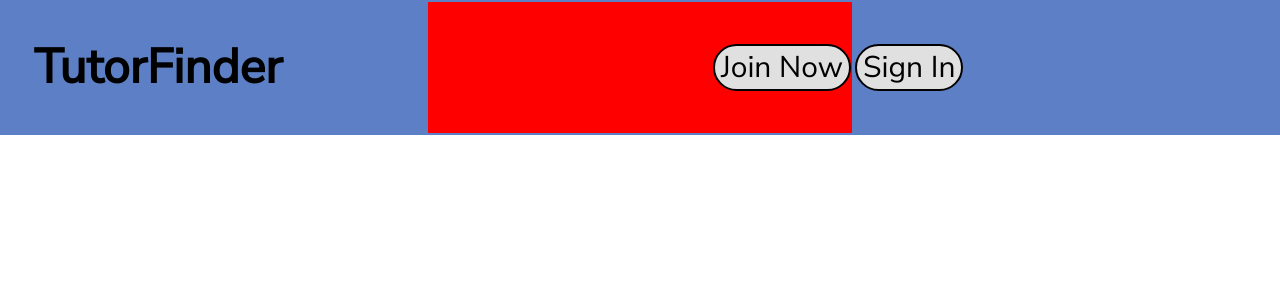
Repository: uprm-inso-4117-2020-2021-s2/semester-project-uprm-inso-4117-2020-2021-s2-team-7
Page: / (app in tutorfinder/)
The author's editor kept a copy of each file at every save. The page is drawn from the files as they stood at one save, then again after the next save.
The browser window is 1280 px wide. The pictures show the whole page.
The project was rebuilt for these pictures with package versions that can differ from the ones it lists, and the page was loaded fresh each time. Also part of the build but not shown: tutorfinder/src/App.css.

Above is the page before, as saved 2021-03-29 23:01:09.

After the next save:
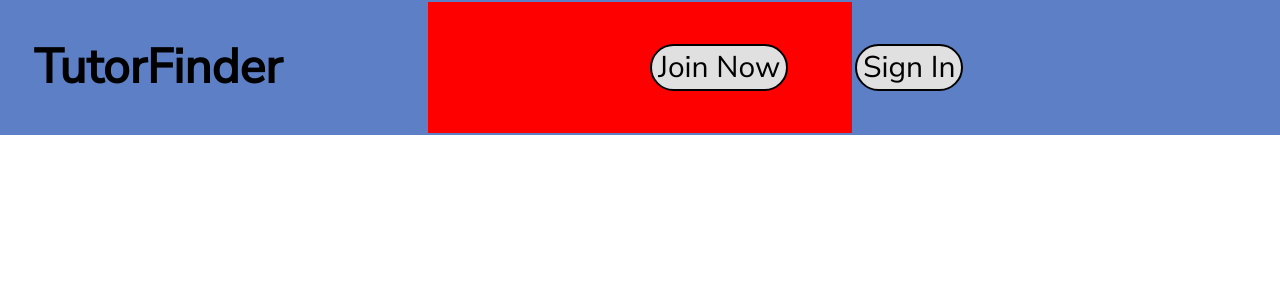
Saved 14 s later.
--- a/tutorfinder/src/Nav.css
+++ b/tutorfinder/src/Nav.css
@@ -45,4 +45,5 @@
     /* padding-right: 10% ; */
     background-color: red;
     text-align: right;
+    padding-right: 5%;
 }

After the save that followed:
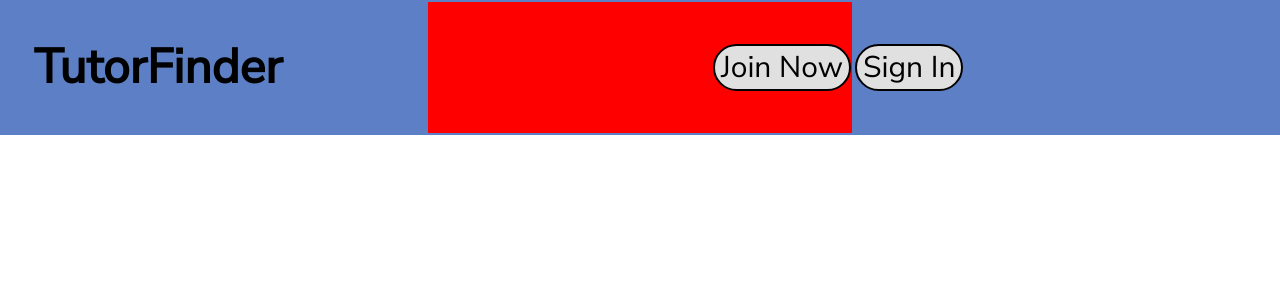
Saved 4 s later.
--- a/tutorfinder/src/Nav.css
+++ b/tutorfinder/src/Nav.css
@@ -45,5 +45,5 @@
     /* padding-right: 10% ; */
     background-color: red;
     text-align: right;
-    padding-right: 5%;
+    padding-right: 2.5;
 }
